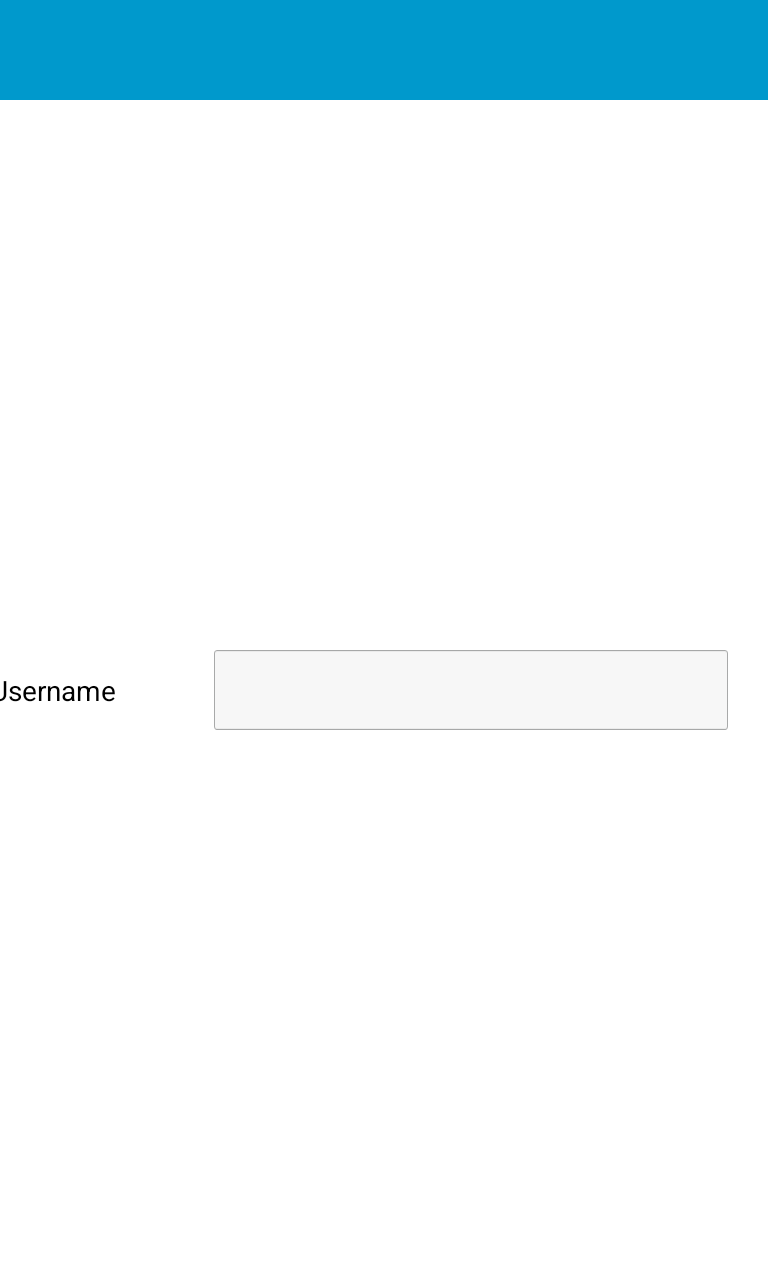
Repository: pankajk7/hotel_mockup
Layout: Hotel_MockUp/res/layout/login_layout.xml
The author's editor kept a copy of each file at every save. The layout is drawn from the files as they stood at one save, then again after the next save.
It is drawn on a 768 x 1280 px phone screen (xhdpi) without system bars, with theme AppTheme; the app's code is not run.

Above is the layout before, as saved 2014-11-05 11:53:07.

After the next save:
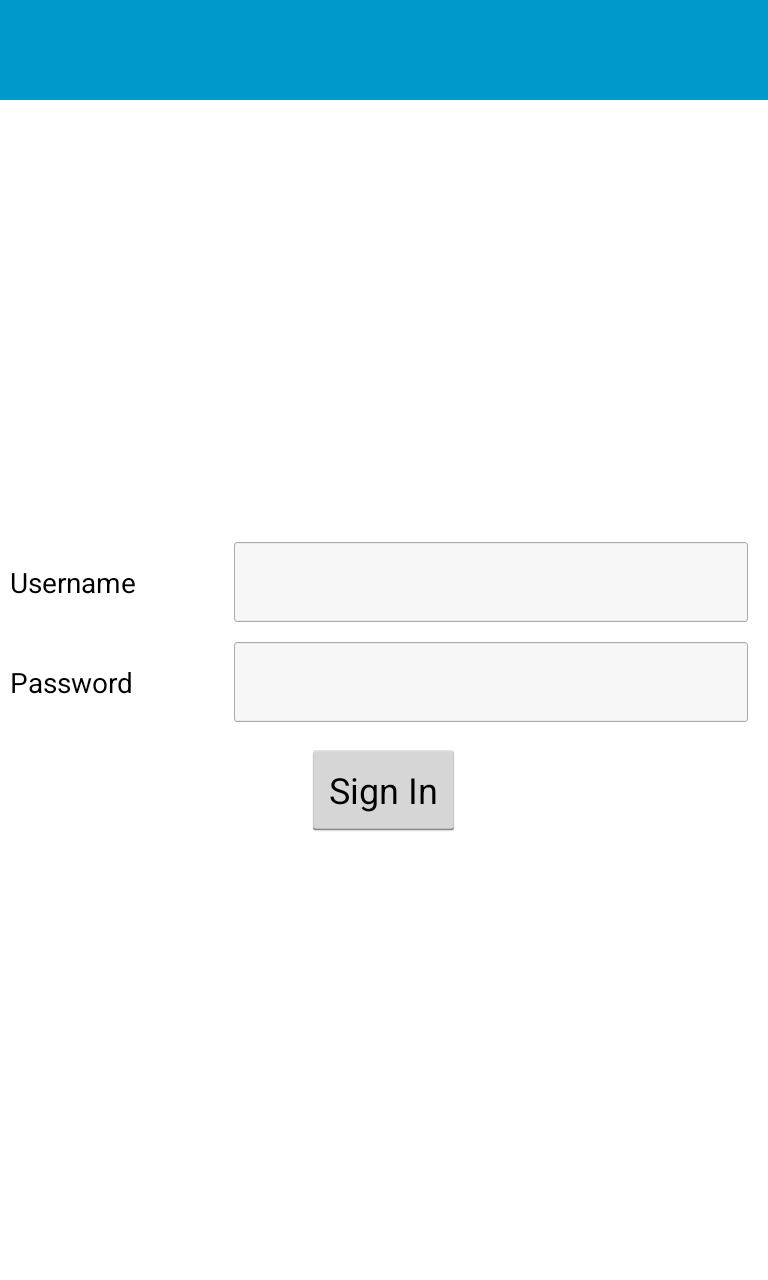
Saved 13 s later.
--- a/Hotel_MockUp/res/layout/login_layout.xml
+++ b/Hotel_MockUp/res/layout/login_layout.xml
@@ -20,7 +20,8 @@
                 android:layout_width="match_parent"
                 android:layout_height="match_parent"
                 android:layout_weight="1"
-                android:gravity="center">
+                android:gravity="center"
+                android:orientation="vertical">
 
 
      <LinearLayout
